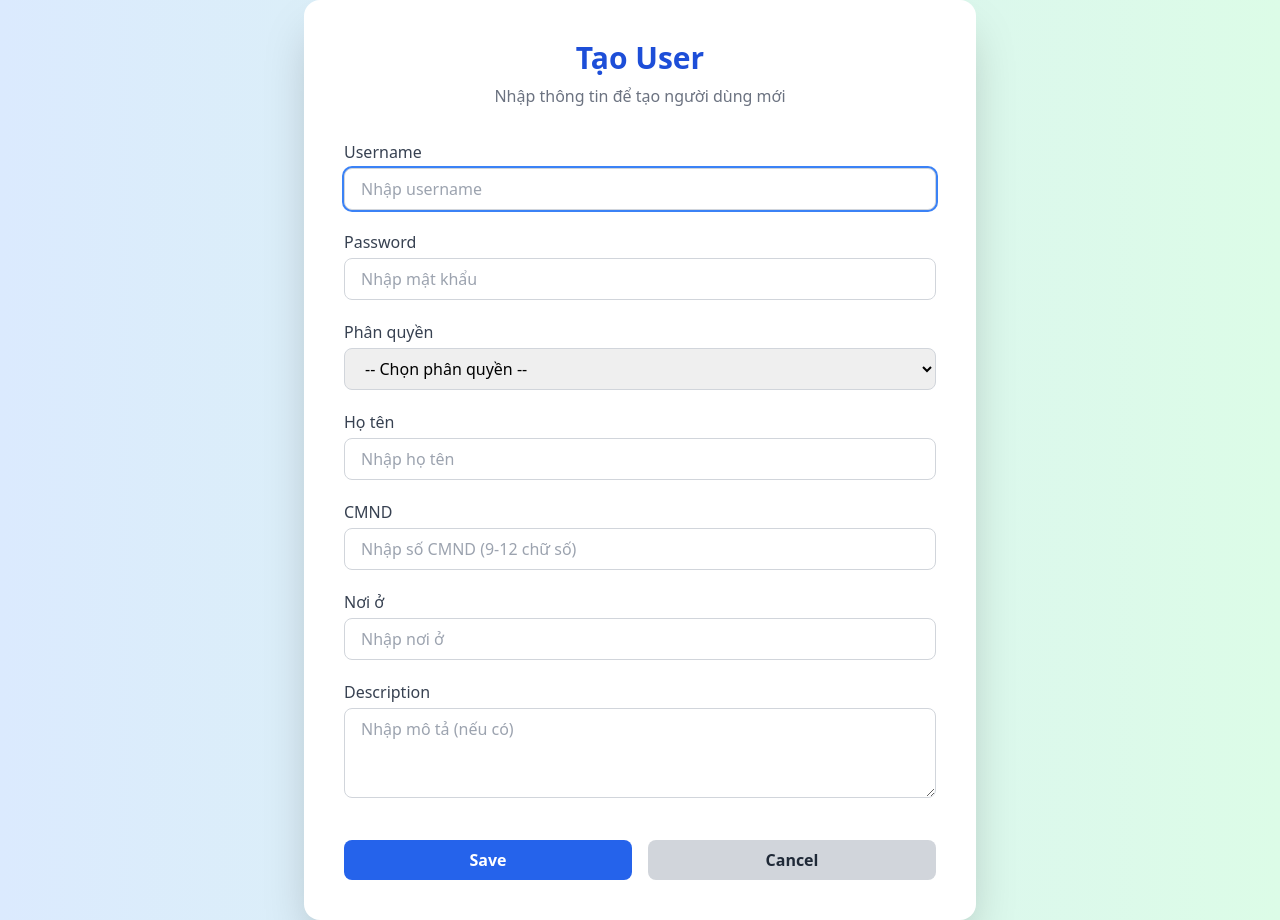
Repository: junior-viet-tri-dao/vaccination-project
Page: vaccination/bin/src/main/resources/templates/register.html
An editor plug-in stored every save of this project. The page is shown before and after the next save, followed by the edit.
The browser window is 1280 px wide. The pictures show the whole page.
Some web libraries are served in a nearby version.

Above is the page before, as saved 2025-09-03 21:04:04.

After the next save:
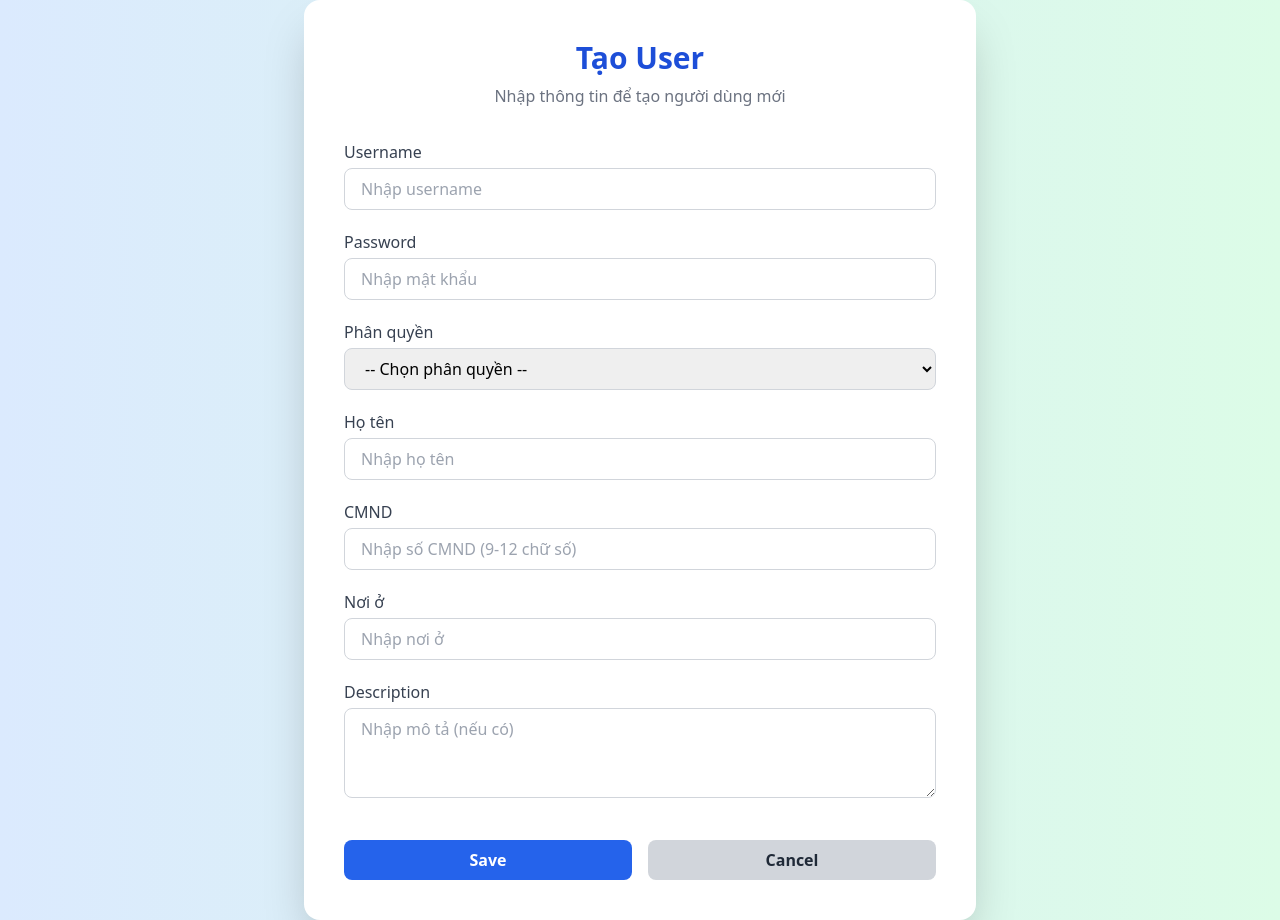
Console error: SyntaxError: Unexpected identifier 'ký'
Saved 39 s later.
--- a/vaccination/bin/src/main/resources/templates/register.html
+++ b/vaccination/bin/src/main/resources/templates/register.html
@@ -172,17 +172,17 @@
 
                     let errors = [];
 
-                    // Username: 4 - 20 ký tự
-                    // const usernameVal = username.value.trim();
-                    // if (usernameVal.length < 4 || usernameVal.length > 20) {
-                    //     errors.push("Username phải có từ 4 đến 20 ký tự.");
-                    // }
-
-                    // // Password: 6 - 20 ký tự
-                    // const passwordVal = password.value.trim();
-                    // if (passwordVal.length < 6 || passwordVal.length > 20) {
-                    //     errors.push("Password phải có từ 6 đến 20 ký tự.");
-                    // }
+                    Username: 4 - 20 ký tự
+                    const usernameVal = username.value.trim();
+                    if (usernameVal.length < 4 || usernameVal.length > 20) {
+                        errors.push("Username phải có từ 4 đến 20 ký tự.");
+                    }
+
+                    // Password: 6 - 20 ký tự
+                    const passwordVal = password.value.trim();
+                    if (passwordVal.length < 6 || passwordVal.length > 20) {
+                        errors.push("Password phải có từ 6 đến 20 ký tự.");
+                    }
 
                     // Phân quyền
                     if (!role.value) {

After the save that followed:
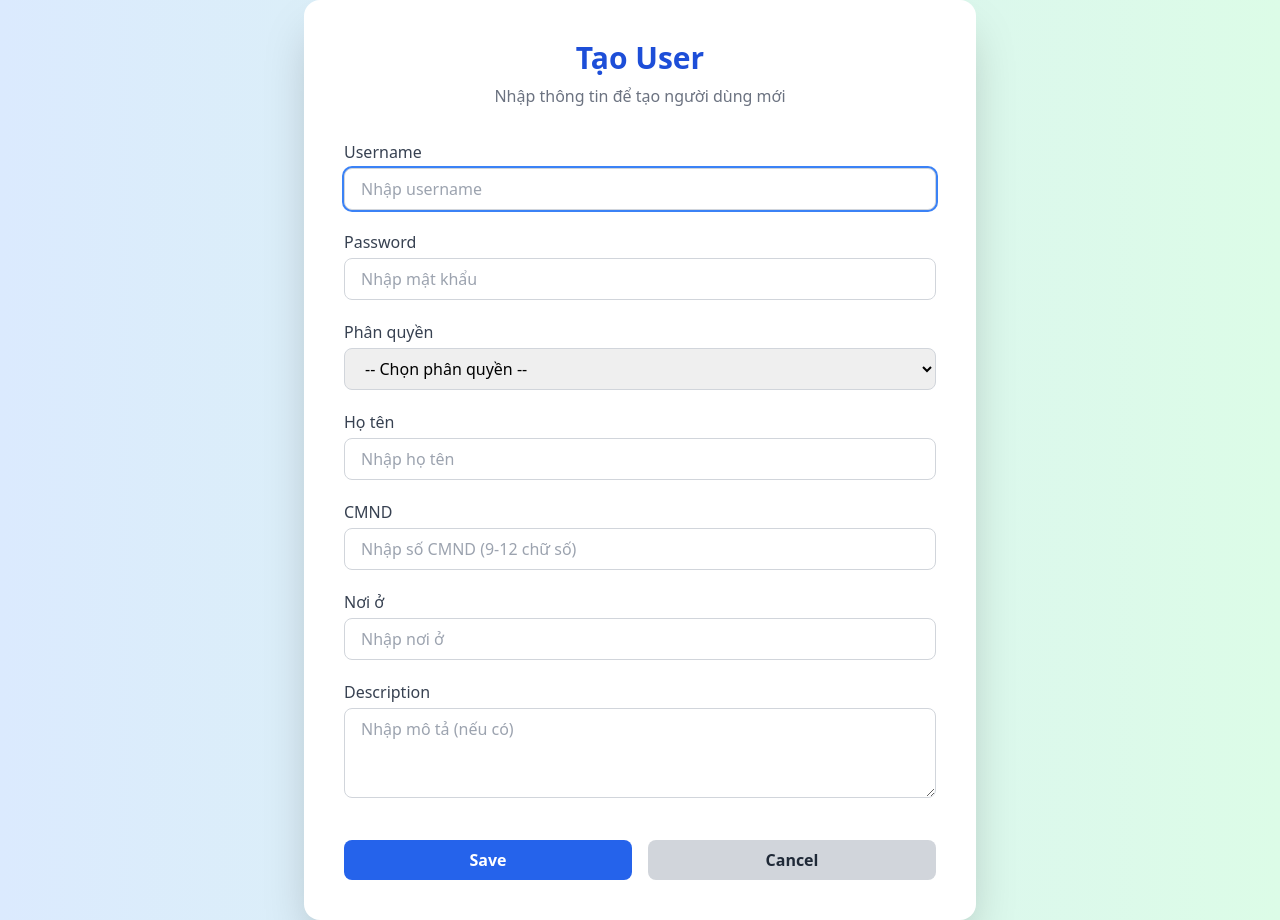
The error is gone.
Saved 5 s later.
--- a/vaccination/bin/src/main/resources/templates/register.html
+++ b/vaccination/bin/src/main/resources/templates/register.html
@@ -172,7 +172,7 @@
 
                     let errors = [];
 
-                    Username: 4 - 20 ký tự
+                    // Username: 4 - 20 ký tự
                     const usernameVal = username.value.trim();
                     if (usernameVal.length < 4 || usernameVal.length > 20) {
                         errors.push("Username phải có từ 4 đến 20 ký tự.");
